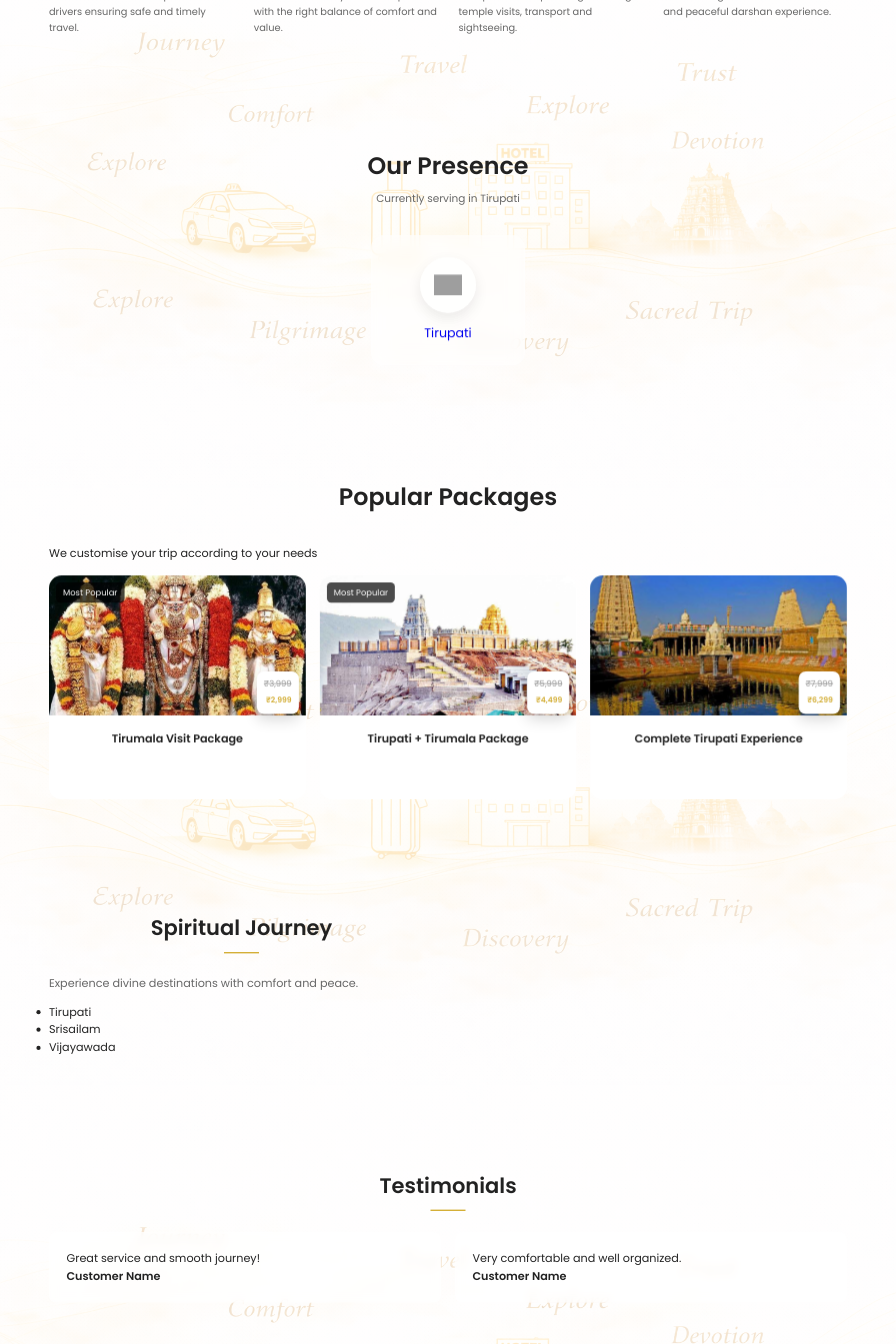
Repository: heytirupati/Bookingweb
Page: index.html
An editor plug-in stored every save of this project. The page is shown before and after the next save, followed by the edit.
The browser window is 1280 px wide. The pictures show the part of the page from y = 1010 to 2930 px (the page is 3289 px tall), at 70% of full size.
Pictures or frames that could not be fetched are drawn as grey boxes. Backgrounds fixed to the window are drawn as part of the page.

Above is the page before, as saved 2026-03-28 12:34:39.

### index.html
<!DOCTYPE html>

<html lang="en">



<head>
    <meta charset="UTF-8">
    <meta name="viewport" content="width=device-width, initial-scale=1.0">
    <title>Travel Website</title>

    <link href="https://fonts.googleapis.com/css2?family=Poppins:wght@300;400;600&display=swap" rel="stylesheet">
    <link rel="stylesheet" href="css/style.css">
</head>
<body>


<!-- this is top bar section  -->
<section class="top-bar">
    <div class="container">

        <div class="top-left">
            <span>+91 123456789</span>
            <span>info@abc.com</span>
        </div>

        <div class="top-right">
            <a href="#" target="_blank">
                <!-- icon -->
            </a>
        </div>

    </div>
</section>



    <!-- this is nav section  -->

    <header class="navbar">
        <div class="container">
            <div class="logo">
                <h2>Travel agency name</h2>
            </div>
            <div class="menu-toggle">
                    ☰
            </div>

            <nav class="nav-menu">
                <ul>
                    <li><a href="#">Location</a></li>
                    <li><a href="#">about us</a></li>
                    <li><a href="#">packages</a></li>
                    <li><a href="#">Contact</a></li>

                </ul>

            </nav>


        </div>

    </header>

    <section class="hero">
        <div class="container">
            <h1>Plan Your Divine Journey</h1>
            <p>Travel • Darshan • Stay — All in One Place</p>
        <div class="hero-btn">
        <a href="#" class="btn btn-primary">Book Now</a>
        <a href="#" class="btn btn-outline">Contact</a>
        </div>
    </div>
</section>

<section class="services">
    <div class="container">

        <div class="section-header">
            <h2 class="services-title">Crafted Travel Services</h2>
            <p class="section-subtext">
                Designed for comfort, reliability and a seamless spiritual journey
            </p>
        </div>

        <div class="service-cards">

            <div class="service-card">
                <div class="service-top-line"></div>
                <h3>Cab Booking</h3>
                <p>Comfortable rides with professional drivers ensuring safe and timely travel.</p>
            </div>

            <div class="service-card">
                <div class="service-top-line"></div>
                <h3>Hotel Booking</h3>
                <p>Well-selected stays near temples with the right balance of comfort and value.</p>
            </div>

            <div class="service-card">
                <div class="service-top-line"></div>
                <h3>Tour Packages</h3>
                <p>Complete travel planning including temple visits, transport and sightseeing.</p>
            </div>

            <div class="service-card">
                <div class="service-top-line"></div>
                <h3>Temple Darshan</h3>
                <p>Structured guidance for a smooth and peaceful darshan experience.</p>
            </div>

        </div>

    </div>
</section>


<!-- this is Location section  -->

<section class="locations">
    <div class="container">

        <div class="section-header">
            <h2 class="locations-title">Our Presence</h2>
            <p class="locations-subtext">
                Currently serving in Tirupati
            </p>
        </div>

        <div class="location-cards">

            <a href="tirupati.html" class="location-card">
                <div class="location-icon">
                    <img src="images/locationlogo.png" alt="Tirupati Location">
                </div>
                <h3>Tirupati</h3>
            </a>

        </div>

    </div>
</section>


<!-- this is popular package section  -->
<section class="packages">
    <div class="container">

        <div class="section-header">
            <h2 class="packages-title">Popular Packages</h2>
        </div>
        <p class="package-subtext">
    We customise your trip according to your needs
</p>

        <div class="package-cards">

            <!-- Tirumala Visit -->
            <div class="package-card">
                <div class="package-inner">

                    <div class="package-front">
                        <div class="package-image">
                            <img src="images/p1.jpg" alt="">
                        <span class="popular-tag">Most Popular</span>
                            <div class="price-badge">
                                <span class="old-price">₹3,999</span>
                                <span class="new-price">₹2,999</span>
                            </div>
                        </div>

                        <h3>Tirumala Visit Package</h3>
                    </div>

                    <div class="package-back">
                        <p>Temple visit with local sightseeing.</p>

                        <ul>
                            <li>Free Pickup & Drop</li>
                            <li>5 / 7 Seater Available</li>
                            <li>No Accommodation</li>
                        </ul>

                        <p class="extra-note">
                            * GST & special entry tickets extra
                        </p>

                        <a href="booking.html" class="btn btn-primary">Book Now</a>
                    </div>

                </div>
            </div>

            <!-- Tirupati + Tirumala -->
            <div class="package-card">
                <div class="package-inner">

                    <div class="package-front">
                        <div class="package-image">
                            <img src="images/p2.jpg" alt="">

                            <span class="popular-tag">Most Popular</span>

                            <div class="price-badge">
                                <span class="old-price">₹5,999</span>
                                <span class="new-price">₹4,499</span>
                            </div>
                        </div>

                        <h3>Tirupati + Tirumala Package</h3>
                    </div>

                    <div class="package-back">
                        <p>All temple visits with complete planning.</p>

                        <ul>
                            <li>All Temple Visits</li>
                            <li>Free Pickup & Drop</li>
                            <li>Optional Stay</li>
                        </ul>

                        <p class="extra-note">
                            * Accommodation & GST extra
                        </p>

                        <a href="booking.html" class="btn btn-primary">Book Now</a>
                    </div>

                </div>
            </div>

            <!-- Complete Experience -->
            <div class="package-card">
                <div class="package-inner">

                    <div class="package-front">
                        <div class="package-image">
                            <img src="images/p3.jpg" alt="">

                            <div class="price-badge">
                                <span class="old-price">₹7,999</span>
                                <span class="new-price">₹6,299</span>
                            </div>
                        </div>

                        <h3>Complete Tirupati Experience</h3>
                    </div>

                    <div class="package-back">
                        <p>Full spiritual journey with premium travel.</p>

                        <ul>
                            <li>All Major Temples</li>
                            <li>Premium Travel Option</li>
                            <li>Optional Stay</li>
                        </ul>

                        <p class="extra-note">
                            * Accommodation & GST extra
                        </p>

                        <a href="booking.html" class="btn btn-primary">Book Now</a>
                    </div>

                </div>
            </div>

        </div>

    </div>
</section>
<!-- this is Spirtual Journey section  -->
    <section class="spiritual">
        <div class="container">
            <div class="spiritual-content">
                <h2>Spiritual Journey</h2>
                <p>
                    Experience divine destinations with comfort and peace.
                </p>
                <ul>
                    <li>Tirupati</li>
                    <li>Srisailam</li>
                    <li>Vijayawada</li>
                </ul>

            </div>
            <div class="spiritual-image">
                <!-- Image goes here -->
            </div>
        </div>

    </section>
<!-- 8. Testimonials -->
    <section class="testimonials">
        <div class="container">
            <h2>Testimonials</h2>
            <div class="testimonial-cards">

                <div class="card">
                    <p>Great service and smooth journey!</p>
                    <h4>Customer Name</h4>
                </div>

                <div class="card">
                    <p>Very comfortable and well organized.</p>
                    <h4>Customer Name</h4>
                </div>

            </div>
        </div>
    </section>

    <!-- 9. CTA Section -->
    <section class="cta">
        <div class="container">
            <h2>Ready to Plan Your Journey?</h2>
        <a class="btn btn-primary">Book Now</a>
        <a class="btn btn-outline">Contact</a>
        </div>
    </section>

    <!-- 10. Footer -->
    <footer class="footer">
        <div class="container">

            <div class="footer-col">
                <h3>Travel</h3>
                <p>Your trusted travel partner</p>
            </div>

            <div class="footer-col">
                <h4>Quick Links</h4>
                <ul>
                    <li><a href="#">Home</a></li>
                    <li><a href="#">Packages</a></li>
                </ul>
            </div>

            <div class="footer-col">
                <h4>Contact</h4>
                <p>+91 98765 43210</p>
                <p>info@travel.com</p>
            </div>

        </div>
    </footer>










 <script src="js/script.js"></script>
</body>
</html>

Loaded but not shown: js/script.js (72 lines, source omitted); css/style.css (887 lines, source omitted)

After the next save:
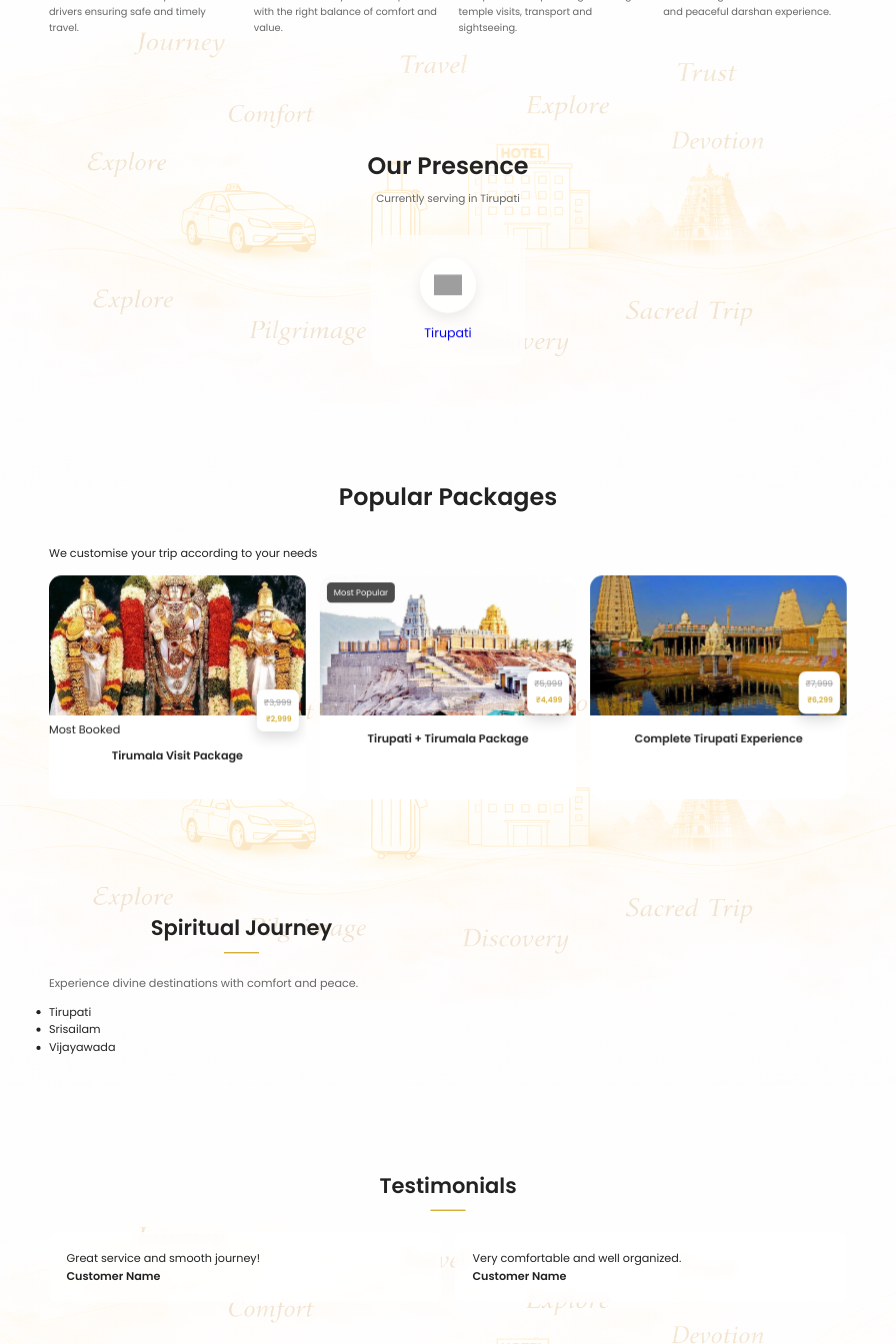
Saved 13 s later.
--- a/index.html
+++ b/index.html
@@ -162,7 +162,7 @@
                     <div class="package-front">
                         <div class="package-image">
                             <img src="images/p1.jpg" alt="">
-                        <span class="popular-tag">Most Popular</span>
+                        <span class="most-booked">Most Booked</span>
                             <div class="price-badge">
                                 <span class="old-price">₹3,999</span>
                                 <span class="new-price">₹2,999</span>
